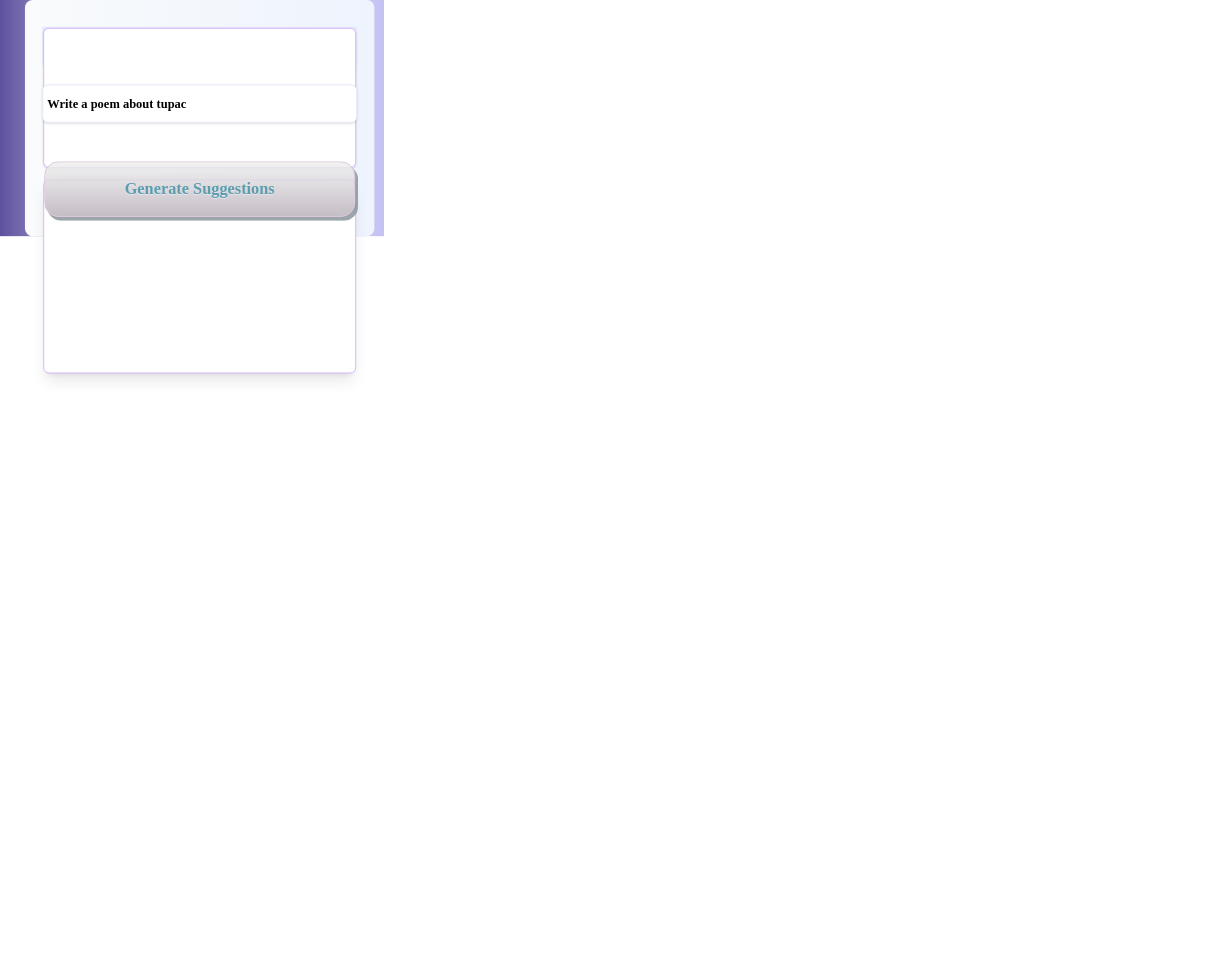
Repository: djdjdallas/AskAlex
Page: /
These files come from the project's save history. The page is drawn as it stood at one moment and after the next save; the edit follows.
The browser window is 1280 px wide. The pictures show the whole page, at 96% of full size.
The project was rebuilt for these pictures with package versions that can differ from the ones it lists, and the page was loaded fresh each time. Also part of the build but not shown: webpack.config.js.

Above is the page before, as saved 2023-02-27 17:32:43.

After the next save:
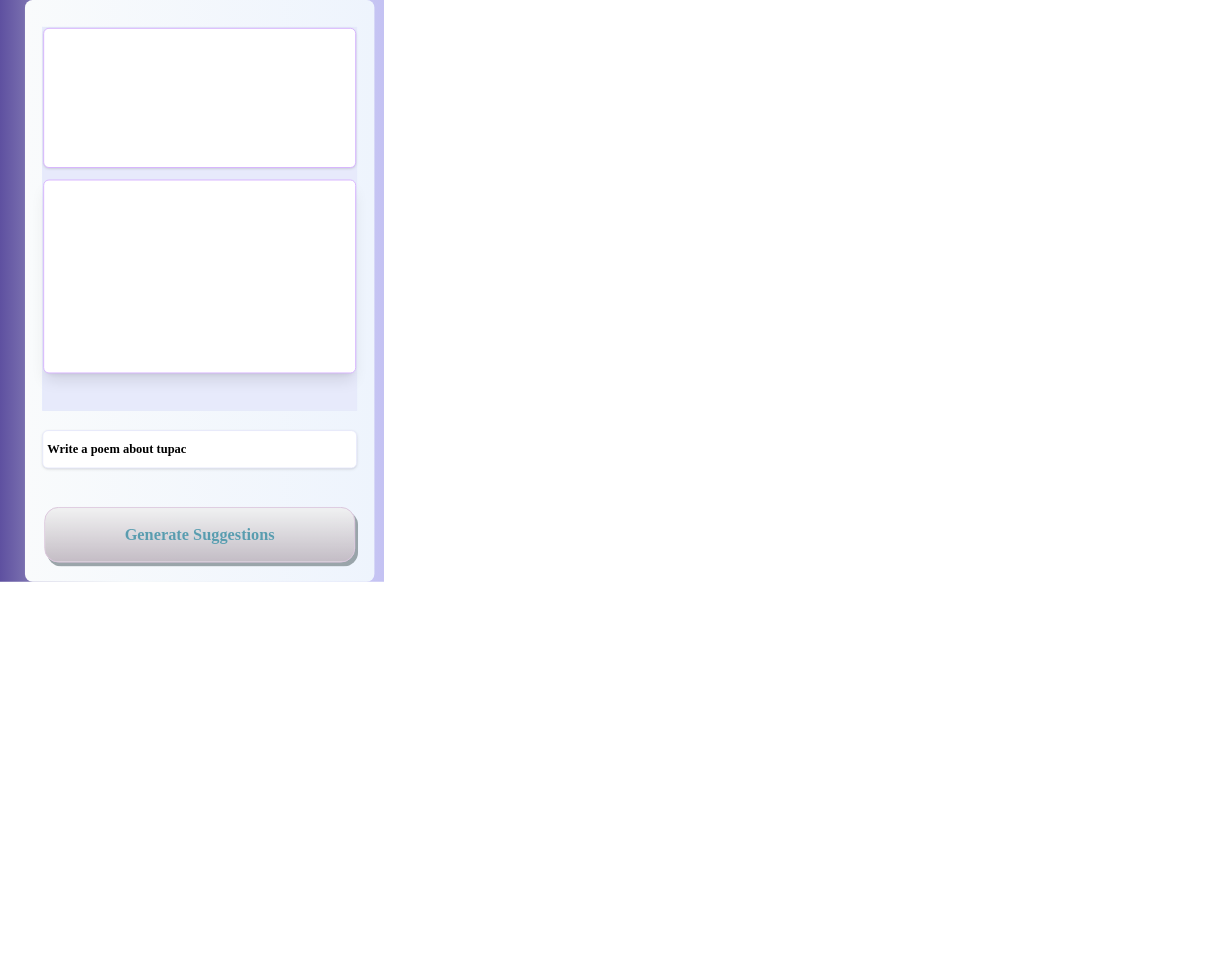
Saved 34 s later.
--- a/src/App.css
+++ b/src/App.css
@@ -33,7 +33,7 @@
 }
 .infoBox{
   width: 90%;
-  height: 40px;
+  height: 400px;
   background-color: #E7EAFB;
   border: 1px solid #E7EAFB;
 
